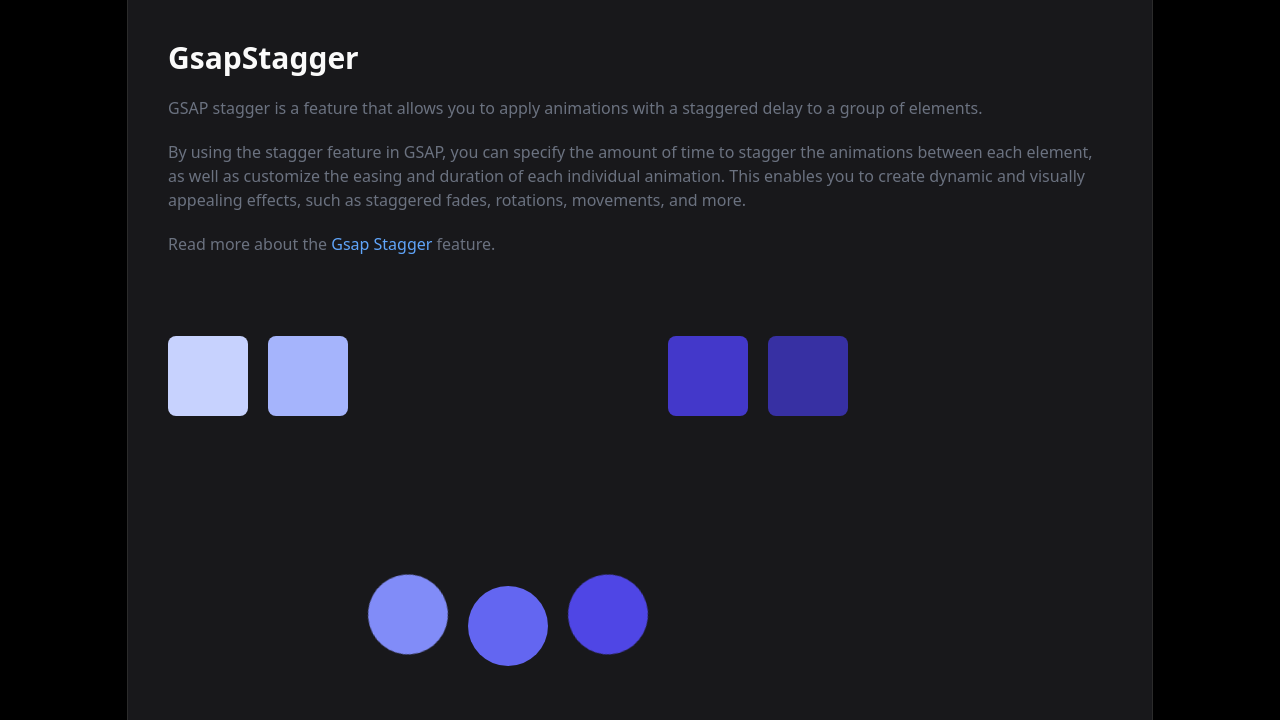
Repository: mgoyeghiaian/gsap-Starter
Page: /gsapstagger
The author's editor kept a copy of each file at every save. The page is drawn from the files as they stood at one save, then again after a run of saves.
The browser window is 1280 px wide. The pictures show the whole page.
The project was rebuilt for these pictures with package versions that can differ from the ones it lists, and the page was loaded fresh each time. Also part of the build but not shown: vite.config.js, src/pages/Home.jsx, src/pages/GsapTo.jsx, src/pages/GsapFrom.jsx, src/pages/GsapFromTo.jsx, src/pages/GsapTimeline.jsx, src/pages/GsapScrollTrigger.jsx, src/pages/GsapText.jsx.

Above is the page before, as saved 2024-03-17 23:54:21.

### src/pages/GsapStagger.jsx
import { useGSAP } from "@gsap/react";
import gsap from "gsap";

const GsapStagger = () => {
  // TODO: Implement the gsap.stagger() method
  useGSAP(() => {
    gsap.to('.stagger-box', {
      y: 250,
      rotation: 360,
      borderRadius: '100%',
      repeat: -1,
      yoyo: true,
      // stagger: 0.5,
      stagger: {
        amount: 1,
        grid: [2, 1],
        axis: 'y',
        ease: "circ.inOut",
        from: "center",
      }
    });
  }, [])
  return (
    <main>
      <h1>GsapStagger</h1>

      <p className="mt-5 text-gray-500">
        GSAP stagger is a feature that allows you to apply animations with a
        staggered delay to a group of elements.
      </p>

      <p className="mt-5 text-gray-500">
        By using the stagger feature in GSAP, you can specify the amount of time
        to stagger the animations between each element, as well as customize the
        easing and duration of each individual animation. This enables you to
        create dynamic and visually appealing effects, such as staggered fades,
        rotations, movements, and more.
      </p>

      <p className="mt-5 text-gray-500">
        Read more about the{" "}
        <a
          href="https://gsap.com/resources/getting-started/Staggers"
          target="_blank"
          rel="noreferrer noopener nofollow"
        >
          Gsap Stagger
        </a>{" "}
        feature.
      </p>

      <div className="mt-20">
        <div className="flex gap-5">
          <div className="w-20 h-20 bg-indigo-200 rounded-lg stagger-box" />
          <div className="w-20 h-20 bg-indigo-300 rounded-lg stagger-box" />
          <div className="w-20 h-20 bg-indigo-400 rounded-lg stagger-box" />
          <div className="w-20 h-20 bg-indigo-500 rounded-lg stagger-box" />
          <div className="w-20 h-20 bg-indigo-600 rounded-lg stagger-box" />
          <div className="w-20 h-20 bg-indigo-700 rounded-lg stagger-box" />
          <div className="w-20 h-20 bg-indigo-800 rounded-lg stagger-box" />
        </div>
      </div>
    </main>
  );
};

export default GsapStagger;

Loaded but not shown: index.html (common file); src/main.jsx (common file); src/App.jsx (common file); src/index.css (common file); src/pages/index.jsx (common file); tailwind.config.js (common file)

After the next 2 saves:
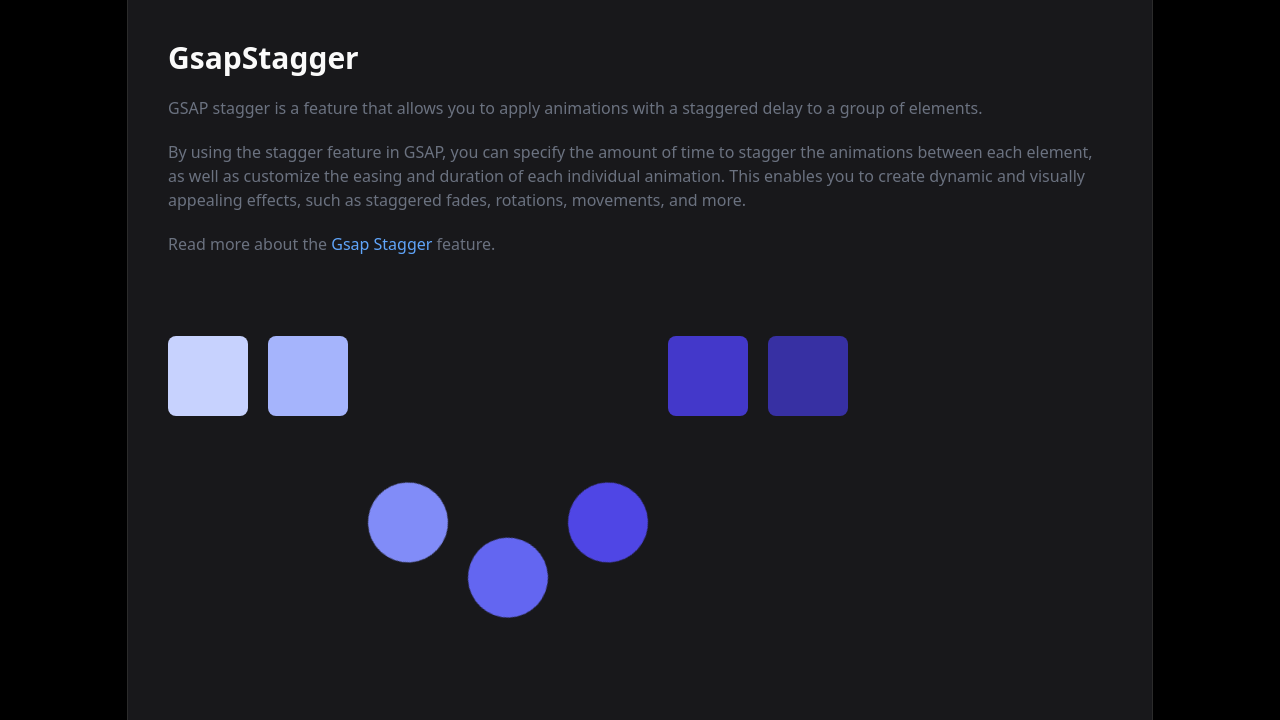
The 2 saves are shown as one change because they came seconds apart.
The last was saved 8 s later.
--- a/src/pages/GsapStagger.jsx
+++ b/src/pages/GsapStagger.jsx
@@ -12,7 +12,7 @@
       yoyo: true,
       // stagger: 0.5,
       stagger: {
-        amount: 1,
+        amount: 0.8,
         grid: [2, 1],
         axis: 'y',
         ease: "circ.inOut",
